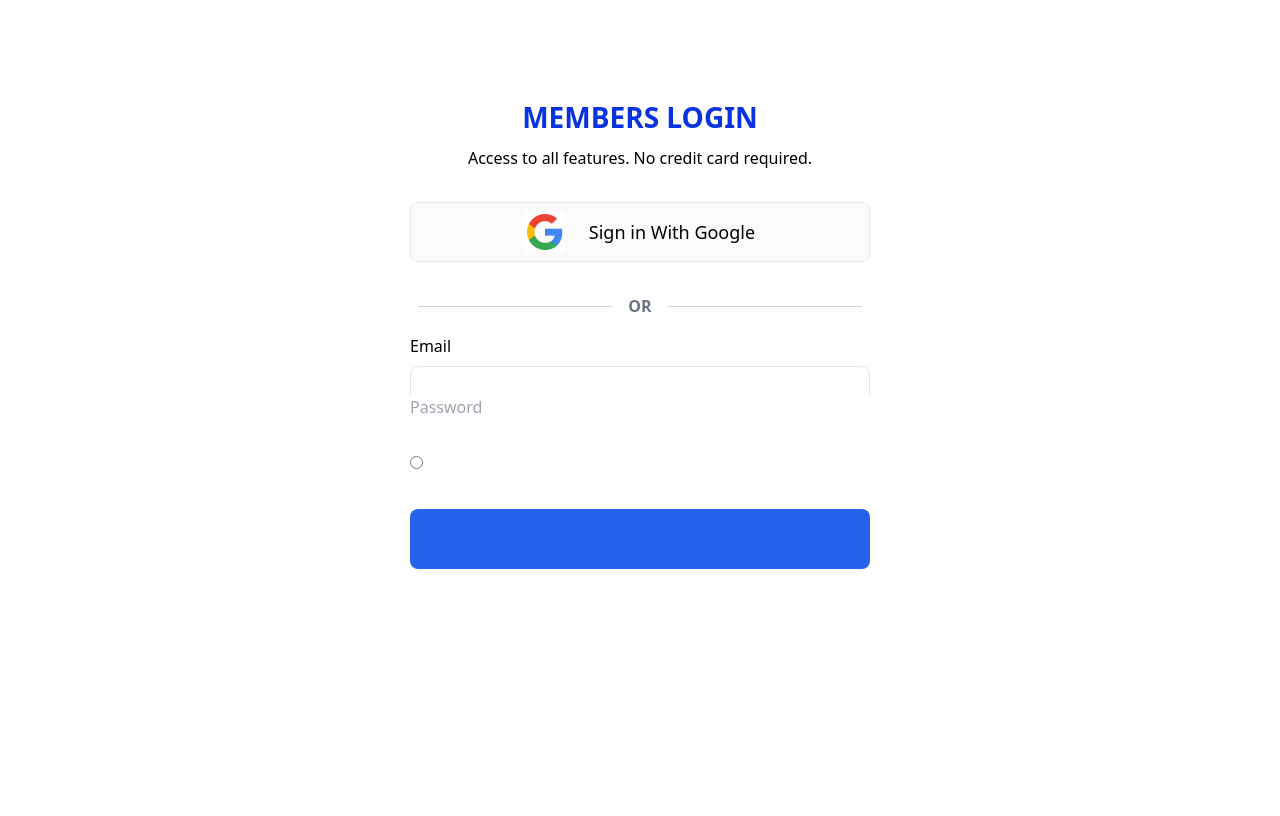
Repository: MaramMaryam/login
Page: login.html
The author's editor kept a copy of each file at every save. The page is drawn from the files as they stood at one save, then again after the next save.
The browser window is 1280 px wide. The pictures show the whole page.
Some web libraries are served in a nearby version.

Above is the page before, as saved 2023-06-29 11:42:01.

After the next save:
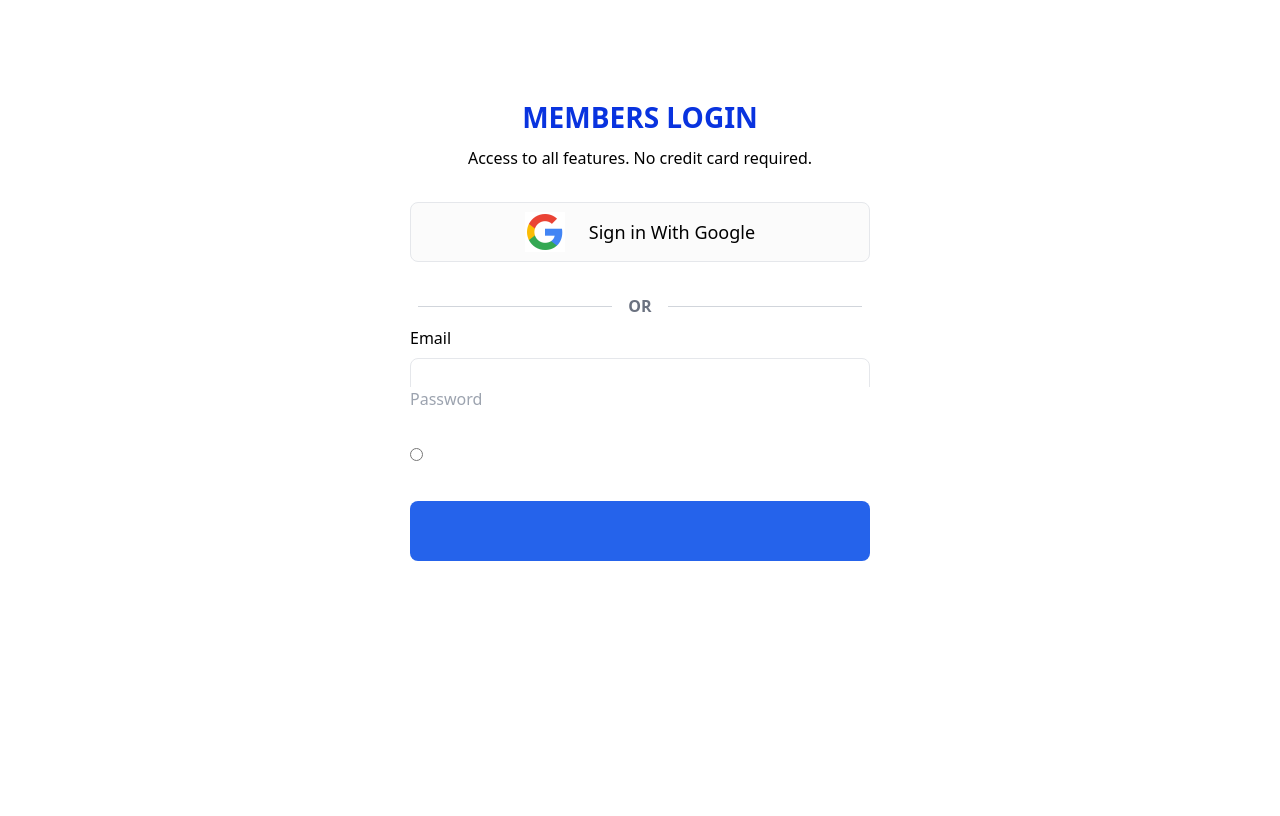
Saved 9 s later.
--- a/login.html
+++ b/login.html
@@ -41,7 +41,7 @@
             <div class="flex-grow border-t border-gray-300 mx-2"></div>
         </div>
         <form class="w-full">
-            <div class="h-[45px] my-4">
+            <div class="h-[45px] my-2">
                 <div class="flex flex-col">
                     <label class="mb-2">Email</label>
                     <div
